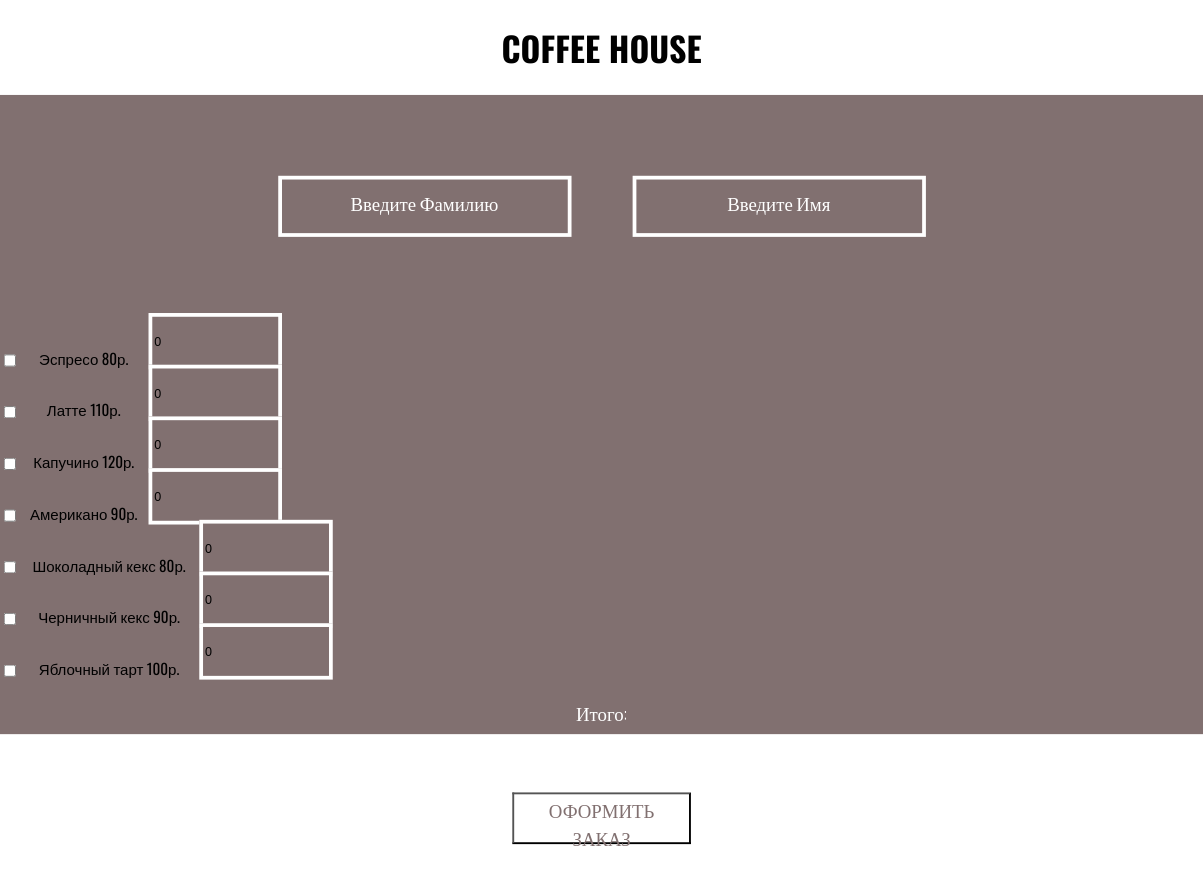
Repository: Valera1994/WebTestProject
Page: New2/index.html
The author's editor kept a copy of each file at every save. The page is drawn from the files as they stood at one save, then again after the next save.
The browser window is 1280 px wide. The pictures show the whole page, at 94% of full size.

Above is the page before, as saved 2025-07-20 22:33:45.

After the next save:
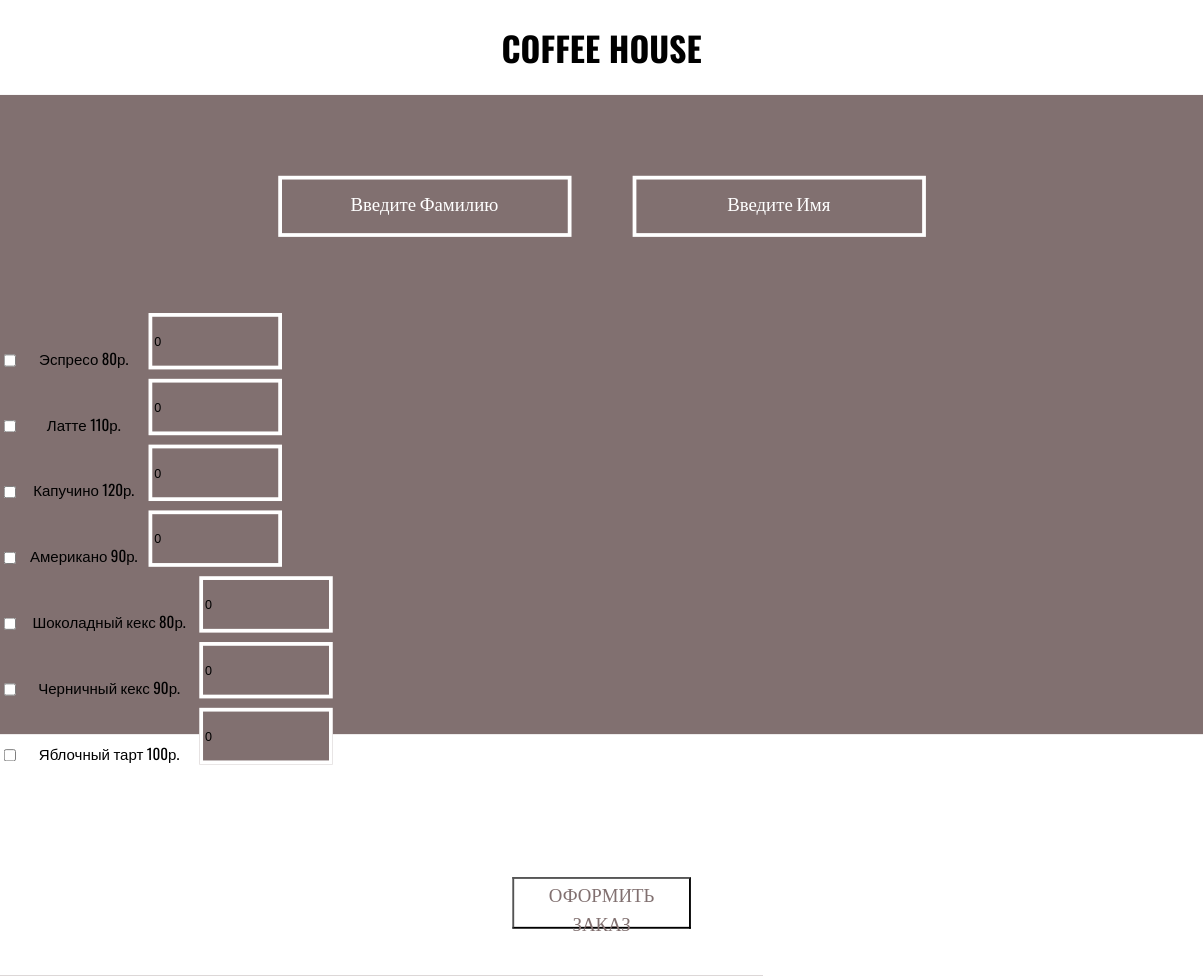
Saved 22 s later.
--- a/New2/style.css
+++ b/New2/style.css
@@ -63,10 +63,17 @@ body{
     width: 100%;
 }
 
+.menu-columns {
+    display: flex;
+    width: 784px;
+    gap: 40px;
+}
+
 .form_checkbox{
     display: flex;
     justify-content: space-between;
     align-items: flex-end;
+    margin-bottom: 15px;
 }
 
 .check1{
